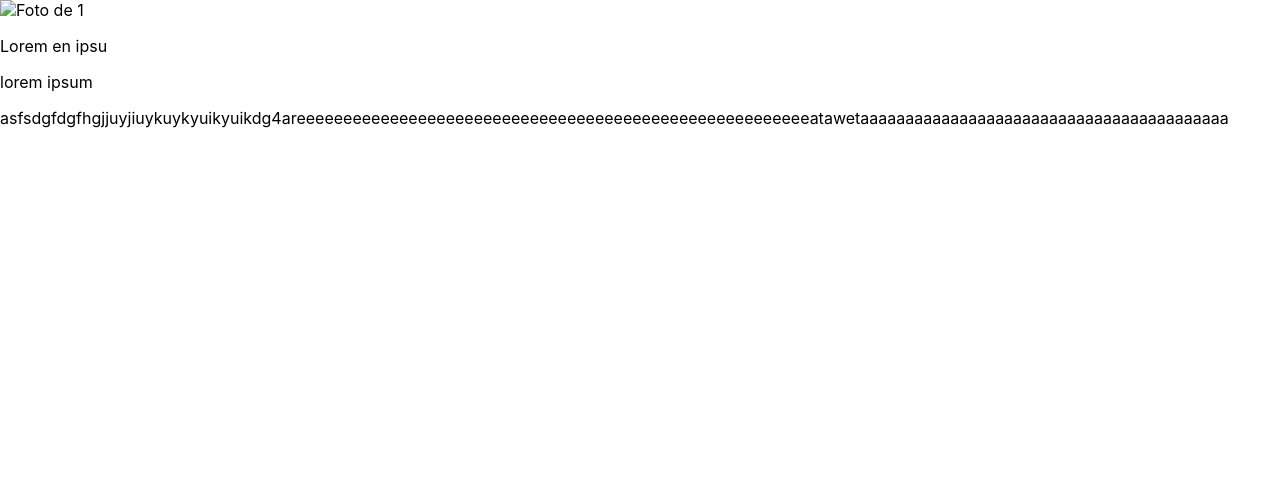
Repository: mvbri/testimonios-free-code
Page: /
These files come from the project's save history. The page is drawn as it stood at one moment and after the next save; the edit follows.
The browser window is 1280 px wide. The pictures show the whole page.
The project was rebuilt for these pictures with package versions that can differ from the ones it lists, and the page was loaded fresh each time. Also part of the build but not shown: src/App.css.

Above is the page before, as saved 2023-01-31 20:22:18.

### src/App.js
import './App.css';
import Testimonios from './components/Testimonios';

function App() {
	return (
		<div className='App'>
			<Testimonios />
		</div>
	);
}

export default App;

### src/components/Testimonios.js
// rfce - Para crear estructura básica de componente.
import React from 'react';

function Testimonios() {
	return (
		<div className='container-testimony'>
			<img className='img-testimony' alt='Foto de 1' />
			<div className='container-text-testimony'>
				<p className='name-testimony'>Lorem en ipsu</p>
				<p className='charhe-name'>lorem ipsum</p>
				<p className='text-testimony'>
					asfsdgfdgfhgjjuyjiuykuykyuikyuikdg4areeeeeeeeeeeeeeeeeeeeeeeeeeeeeeeeeeeeeeeeeeeeeeeeeeeeeeeatawetaaaaaaaaaaaaaaaaaaaaaaaaaaaaaaaaaaaaaaaaa
				</p>
			</div>
		</div>
	);
}

export default Testimonios;

Loaded but not shown: public/index.html (common file); src/index.js (common file); src/index.css (common file); src/reportWebVitals.js (common file)

After the next save:
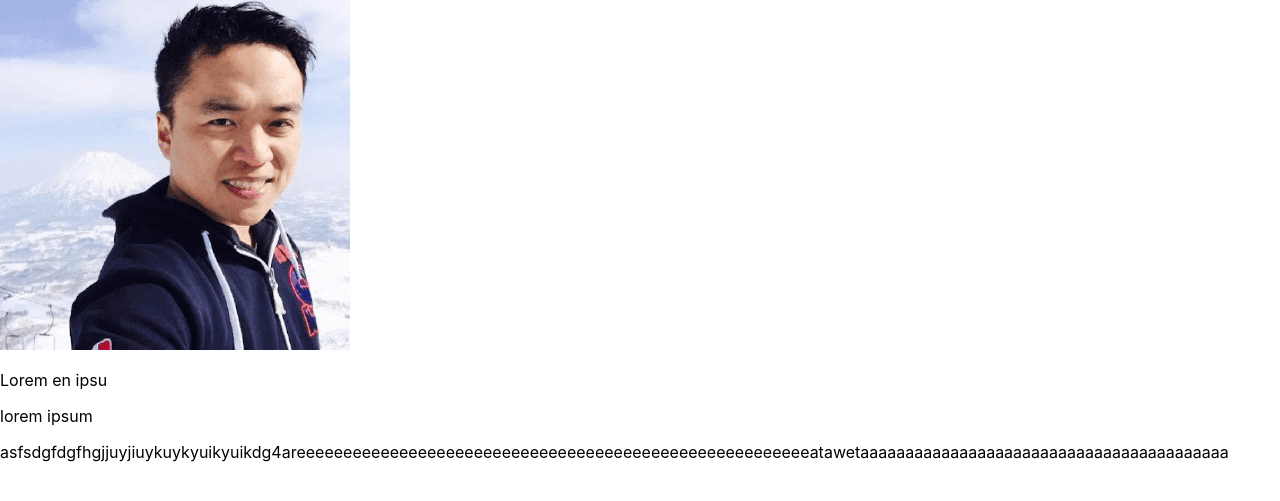
Saved 52 s later.
--- a/src/components/Testimonios.js
+++ b/src/components/Testimonios.js
@@ -4,7 +4,11 @@ import React from 'react';
 function Testimonios() {
 	return (
 		<div className='container-testimony'>
-			<img className='img-testimony' alt='Foto de 1' />
+			<img
+				className='img-testimony'
+				src={require('../img/testimony-1.png')}
+				alt='Foto de 1'
+			/>
 			<div className='container-text-testimony'>
 				<p className='name-testimony'>Lorem en ipsu</p>
 				<p className='charhe-name'>lorem ipsum</p>
